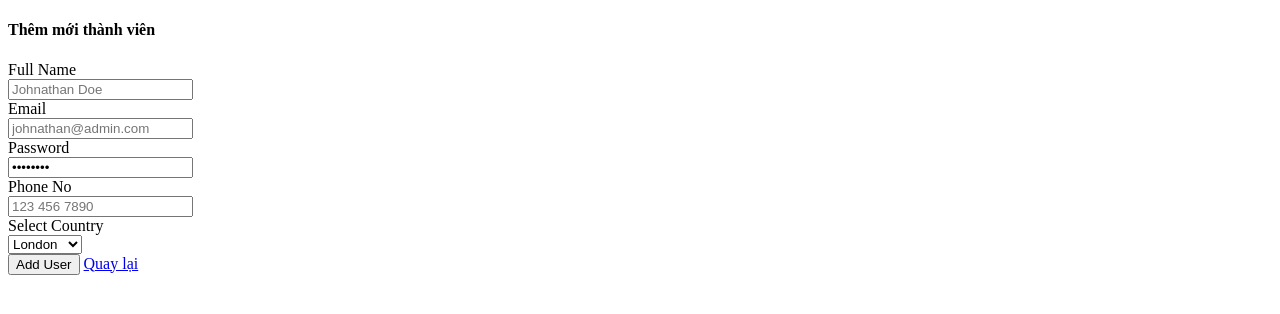
Repository: mindland/CrmApp
Page: http://localhost/CrmApp/WEB-INF/views/user/add.jsp
The author's editor kept a copy of each file at every save. The page is drawn from the files as they stood at one save, then again after the next save.
The browser window is 1280 px wide. The pictures show the whole page.
The page is served by Tomcat 9. Nobody is signed in. The template is opened directly, without the code that normally fills it, so the values that code supplies are empty.

Above is the page before, as saved 2020-09-12 11:47:06.

After the next save:
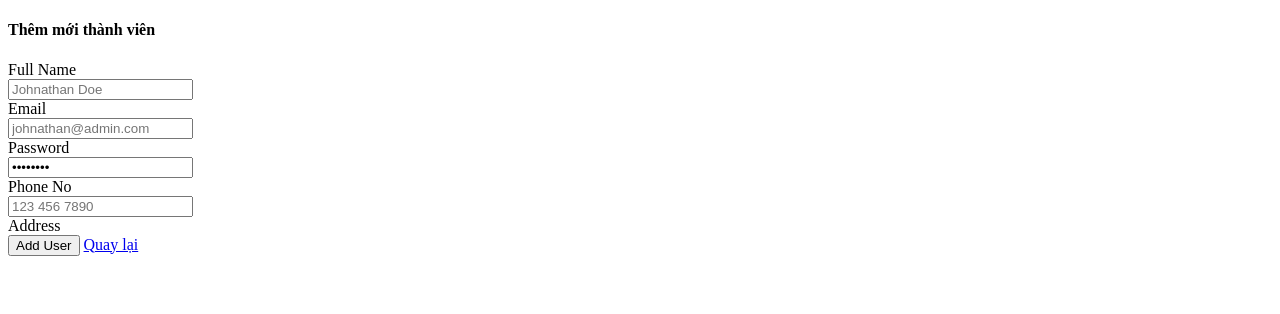
Saved 25 s later.
--- a/CrmApp/WebContent/WEB-INF/views/user/add.jsp
+++ b/CrmApp/WebContent/WEB-INF/views/user/add.jsp
@@ -50,16 +50,8 @@
 						</div>
 					</div>
 					<div class="form-group">
-						<label class="col-sm-12">Select Country</label>
-						<div class="col-sm-12">
-							<select class="form-control form-control-line">
-								<option>London</option>
-								<option>India</option>
-								<option>Usa</option>
-								<option>Canada</option>
-								<option>Thailand</option>
-							</select>
-						</div>
+						<label class="col-sm-12">Address</label>
+
 					</div>
 					<div class="form-group">
 						<div class="col-sm-12">
